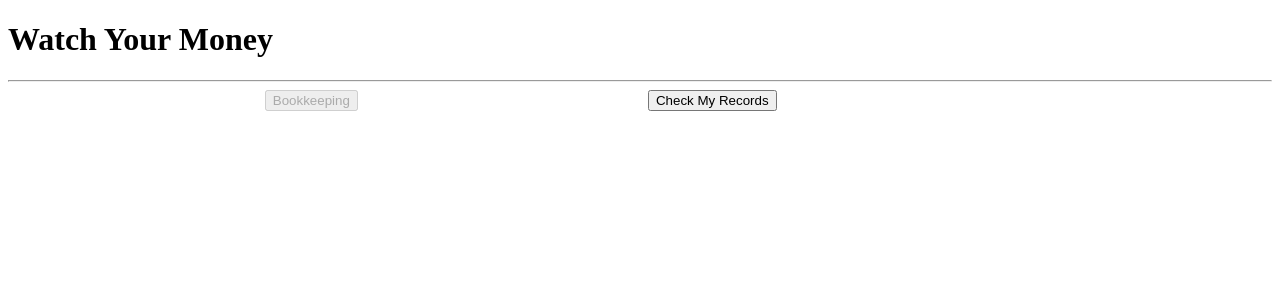
Repository: chelsea9869/Hackathon-TNT
Page: http://localhost/app/watch_your_money.php
An editor plug-in stored every save of this project. The page is shown before and after the next save, followed by the edit.
The browser window is 1280 px wide. The pictures show the whole page.
The page is run by PHP 8.4 with error messages shown; the project is at /var/www/html/.

Above is the page before, as saved 2020-09-05 10:54:38.

### app/watch_your_money.php
<!DOCTYPE html>
<html lang="en">
<head>
    <meta charset="UTF-8">
    <meta name="viewport" content="width=device-width, initial-scale=1.0">
    <title>Watch Your Money</title>
</head>
<body>
    <h1>Watch Your Money</h1>
    <hr>
    <div name='function'>
        <div id='dummy' style="width:20%;display: inline-table"></div>
        <div id='bookkeeping' style="width:30%;display: inline-table;align-items:stretch">
            <button disabled="disabled">Bookkeeping</button>
        </div>
        <div id='check_records' style="width:30%;display: inline-table">
            <button>Check My Records</button>
        </div>
    </div>
</body>
</html>

After the next save:
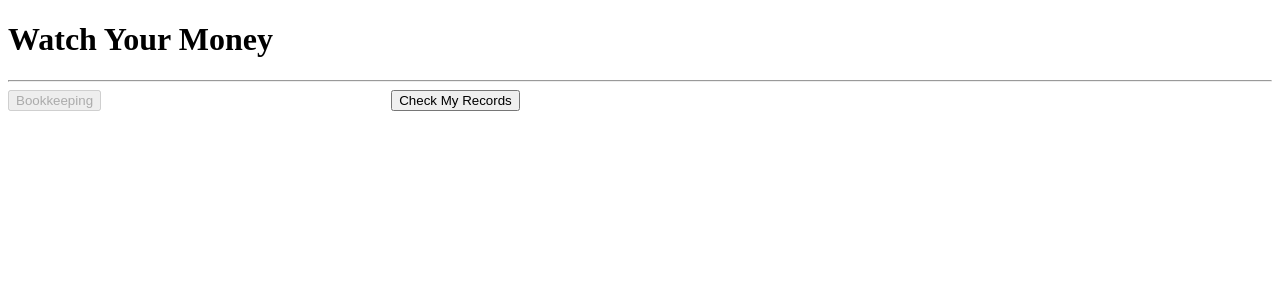
Saved 6 s later.
--- a/app/watch_your_money.php
+++ b/app/watch_your_money.php
@@ -9,7 +9,7 @@
     <h1>Watch Your Money</h1>
     <hr>
     <div name='function'>
-        <div id='dummy' style="width:20%;display: inline-table"></div>
+        <!-- <div id='dummy' style="width:20%;display: inline-table"></div> -->
         <div id='bookkeeping' style="width:30%;display: inline-table;align-items:stretch">
             <button disabled="disabled">Bookkeeping</button>
         </div>
